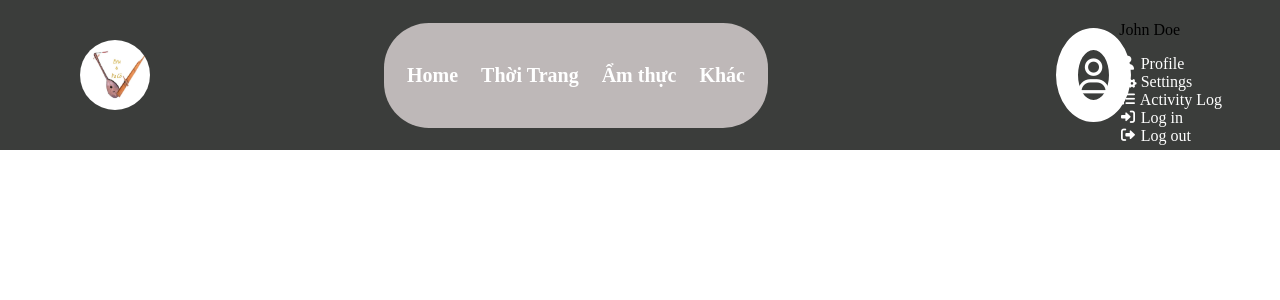
Repository: DangVai/LocalProduct
Page: Views/frontend/header.html
These files come from the project's save history. The page is drawn as it stood at one moment and after the next save; the edit follows.
The browser window is 1280 px wide. The pictures show the whole page.

Above is the page before, as saved 2024-12-17 20:07:46.

### Views/frontend/header.html
<!DOCTYPE html>
<html lang="en">

<head>
    <meta charset="UTF-8">
    <meta name="viewport" content="width=device-width, initial-scale=1.0">
    <title>Header Example</title>
    <!-- Thêm link đến Font Awesome cho các biểu tượng (nếu chưa có) -->
    <link rel="stylesheet" href="https://cdnjs.cloudflare.com/ajax/libs/font-awesome/6.0.0-beta3/css/all.min.css">
    <link src="/public/css/header.css">
    <style>
        .header {
            top: 0;
            left: 0;
            display: flex;
            width: 100%;
            height: 150px;
            align-items: center;
            position: fixed;
            z-index: 4;
            background-color: rgb(59, 61, 59);
        }

        .box_logo {
            width: 30%;
            display: flex;
            align-items: center;
        }

        .box_logo img {
            height: 70px;
            width: 70px;
            position: relative;
            left: 80px;
            border-radius: 50px;
        }

        .nav {
            width: 30%;
            height: 70%;
            display: flex;
            margin-right: 300px;
            justify-content: center;
            align-items: center;
            justify-content: space-evenly;
            border-radius: 45px;
            font-size: 20px;
            color: white;
            background-color: rgba(255, 246, 246, 0.667);
        }

        .nav p {
            cursor: pointer;
        }

        .nav p:hover {
            font-size: 30px;
        }

        .account {
            width: 4%;
            display: flex;
            align-items: center;
            justify-content: center;
        }

        .box-account {
            border: 22px solid white;
            width: 50px;
            height: 50px;
            display: flex;
            align-items: center;
            justify-content: center;
            border-radius: 50%;
        }

        .box-account i {
            font-size: 35px;
            color: white;
            cursor: pointer;
        }

        a {
            text-decoration: none;
            color: #fff;
        }
    </style>
</head>

<body>

    <div class="header">
        <!-- Logo -->
        <div class="box_logo">
            <img src="/public/images/logo.jpg" alt="logo">
        </div>

        <!-- Navigation Menu -->
        <div class="nav">
            <p><b>Home</b></p>
            <p><b>Thời Trang</b></p>
            <p><b>Ẩm thực</b></p>
            <p><b>Khác</b></p>
        </div>

        <!-- User Account -->
        <div class="account">
            <div class="box-account">
                <i class="fa-regular fa-user"></i>
            </div>
        </div>

        <!-- User Name and Dropdown Menu -->
        <div class="name-user">
            <p>
                <p>John Doe</p>
            </p>
            <div class="dropdown-menu" id="account-menu">
                <div>
                    <a href="../public/profile.php"><i class="fas fa-user fa-sm fa-fw mr-2 text-gray-400"></i> Profile</a>
                </div>
                <div>
                    <a href=""><i class="fas fa-cogs fa-sm fa-fw mr-2 text-gray-400"></i> Settings</a>
                </div>
                <div>
                    <a href=""><i class="fas fa-list fa-sm fa-fw mr-2 text-gray-400"></i> Activity Log</a>
                </div>
                <div>
                    <a href="public/login.php"><i class="fas fa-sign-in-alt fa-sm fa-fw mr-2 text-gray-400"></i> Log in</a>
                </div>
                <div>
                    <a href="controllers/logout.php"><i class="fas fa-sign-out-alt fa-sm fa-fw mr-2 text-gray-400"></i> Log out</a>
                </div>
            </div>
        </div>
    </div>

</body>

</html>
<!-- <div class="header">
    <div class="box_logo">
        <img src="/public/images/logo.jpg" alt="logo">
    </div>
    <div class="nav">
        <p><b>Home</b></p>
        <p><b>Thời Trang</b></p>
        <p><b>Ẩm thực</b></p>
         <p><b>Khác</b></p>
    </div>

    <div class="account">
        <div class="box-account">
            <i class="fa-regular fa-user"></i>
        </div>
    </div>
    <div class="name-user">
        <p>

        </p>
        <div class="dropdown-menu" id="account-menu">
            <div>
                <a href="../public/profile.php"><i class="fas fa-user fa-sm fa-fw mr-2 text-gray-400"></i> Profile</a>
            </div>
            <div>
                <a href=""><i class="fas fa-cogs fa-sm fa-fw mr-2 text-gray-400"></i> Settings</a>
            </div>
            <div>
                <a href=""><i class="fas fa-list fa-sm fa-fw mr-2 text-gray-400"></i> Activity Log</a>
            </div>
            <div>
                <a href="public/login.php"><i class="fas fa-sign-in-alt fa-sm fa-fw mr-2 text-gray-400"></i> Log in</a>
            </div>
            <div>
                <a href="controllers/logout.php"><i class="fas fa-sign-out-alt fa-sm fa-fw mr-2 text-gray-400"></i> Log out</a>
            </div>
        </div>
    </div>
</div> -->

After the next save:
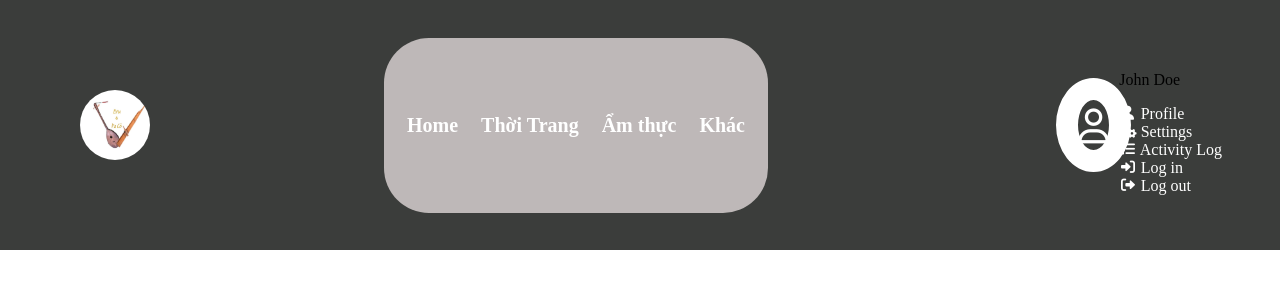
Saved 18 h 29 min later.
--- a/Views/frontend/header.html
+++ b/Views/frontend/header.html
@@ -14,7 +14,7 @@
             left: 0;
             display: flex;
             width: 100%;
-            height: 150px;
+            height: 250px;
             align-items: center;
             position: fixed;
             z-index: 4;
